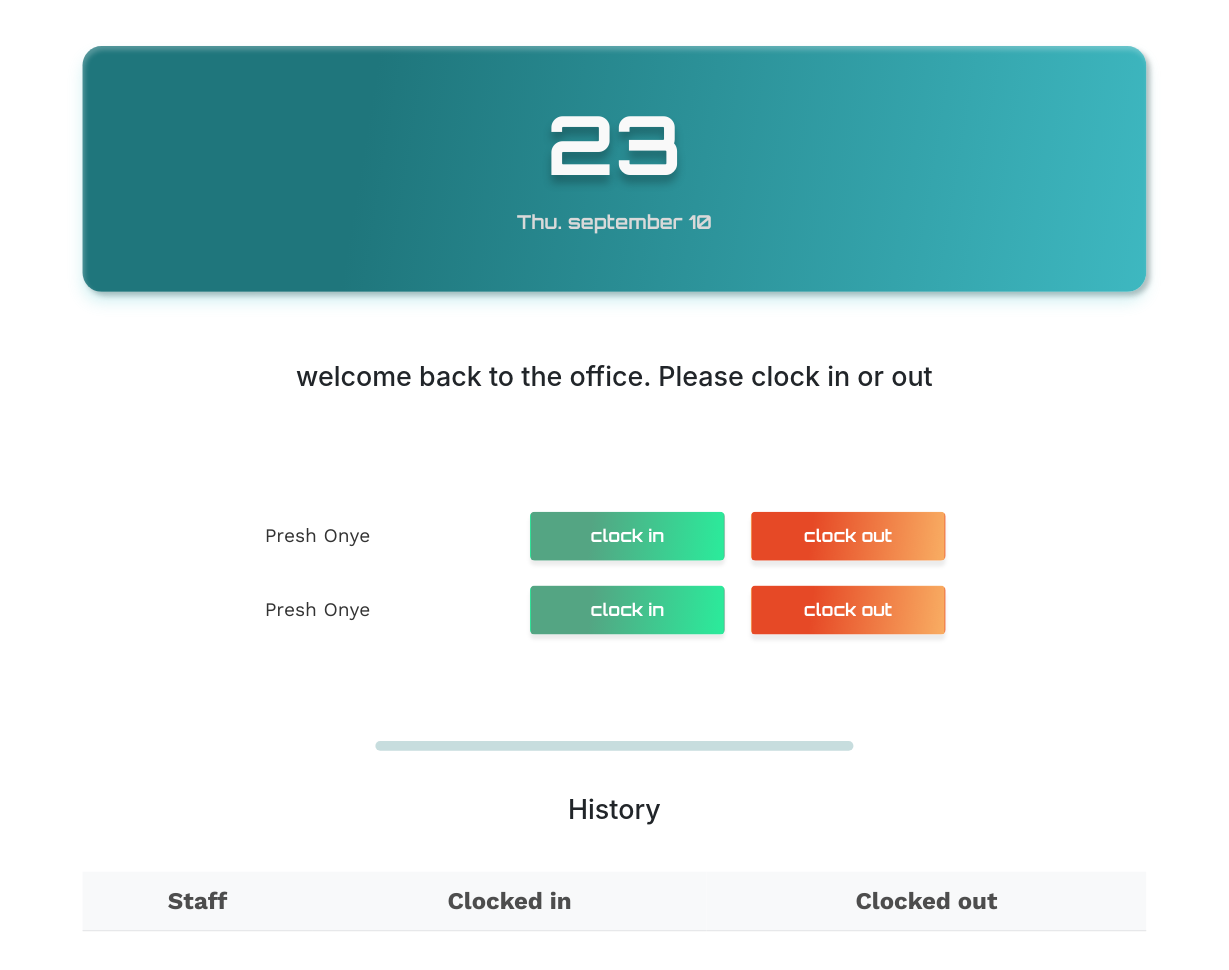
Repository: giprim/clocker
Page: /
These files come from the project's save history. The page is drawn as it stood at one moment and after the next save; the edit follows.
The browser window is 1280 px wide. The pictures show the whole page, at 96% of full size.
The project was rebuilt for these pictures with package versions that can differ from the ones it lists, and the page was loaded fresh each time.

Above is the page before, as saved 2020-09-11 13:01:02.

### src/App.tsx
import React from 'react';
import './App.css';

function App() {
  const currentTime = () => {
    let date = new Date();
    let hour = date.getHours() < 10 ? '0' + date.getHours() : date.getHours();
    return hour;
  };

  console.log(currentTime());

  return (
    <div className='container py-4'>
      {/* clock section */}
      <div className='clock-box effect p-2 py-md-5 mt-4'>
        <div className='row'>
          <div className='col-12'>
            <h4 className='display-3 text-center'>
              {currentTime().toString()}
            </h4>
          </div>
          <div className='col-12 text-center mt-2 mb-1'>
            <h6>Thu. september 10</h6>
          </div>
        </div>
      </div>

      {/* welcome  */}
      <div className='row justify-content-md-center'>
        <div className='col-8'>
          <p className='text-center my-5 py-4 h3'>
            welcome back to the office. Please clock in or out
          </p>

          <table>
            <thead>
              <tr>
                <th></th>
                <th></th>
                <th></th>
              </tr>
            </thead>
            <tbody>
              <tr>
                <td className='staff'>Presh Onye</td>
                <td className='row justify-content-evenly'>
                  <button className='btn clockin col-5'> clock in</button>
                  <button className='btn clockout col-5'> clock out</button>
                </td>
              </tr>
              <tr>
                <td className='staff'>Presh Onye</td>
                <td className='row justify-content-evenly'>
                  <button className='btn clockin col-5'> clock in</button>
                  <button className='btn clockout col-5'> clock out</button>
                </td>
              </tr>
            </tbody>
          </table>
        </div>
      </div>

      <hr />
      <h3 className='text-center mb-5'>History</h3>

      <table className='table text-center'>
        <thead className='table-light'>
          <tr>
            <th>Staff</th>
            <th>Clocked in</th>
            <th>Clocked out</th>
          </tr>
        </thead>
      </table>
    </div>
  );
}

export default App;

### src/App.css
@import url('https://fonts.googleapis.com/css2?family=Orbitron:wght@400;500;600;700;800;900&family=Work+Sans:ital,wght@0,100;0,200;0,400;0,600;0,700;1,500&display=swap');

.clock-box {
  background: linear-gradient(99.35deg, #1f767c 26.99%, #42c1ca 110.13%);
  box-shadow: 0px 10px 15px rgba(66, 193, 202, 0.23),
    4px 4px 5px rgba(0, 0, 0, 0.25), inset 2px 4px 5px rgba(255, 255, 255, 0.25);
  border-radius: 20px;
  position: relative;
  z-index: 10;
}

.clock-box h4 {
  font-family: Orbitron;
  font-style: normal;
  font-weight: bold;
  font-size: 85px;
  line-height: 107px;
  /* identical to box height */

  color: #f9f9f9;

  text-shadow: 0px 9px 9px rgba(0, 0, 0, 0.25);
}

.clock-box h6 {
  font-family: Orbitron;
  font-style: normal;
  font-weight: bold;
  font-size: 20px;
  line-height: 25px;
  /* identical to box height */

  color: #d9d9d9;
}

.clockout,
.clockin {
  font-family: Orbitron;
  font-style: normal;
  font-weight: bold;
  font-size: 18px;
  line-height: 23px;
  /* identical to box height */
  padding-top: 13px;
  padding-bottom: 13px;
  color: #ffffff;
  transition: ease-in 0.13s;
}

/* table.table {
  border: none;
} */

.clockin:hover,
.clockout:hover {
  color: white;
  transform: translateY(-5px);
}

.clockin {
  background: linear-gradient(97.12deg, #54a583 31.21%, #21fca1 115.81%);
  box-shadow: 0px 5px 4px rgba(128, 128, 128, 0.15);
  border-radius: 5px;
}

.clockout {
  background: linear-gradient(
    97.12deg,
    #e64926 31.21%,
    rgba(252, 176, 63, 0.74) 115.81%
  );
  box-shadow: 0px 6px 4px rgba(128, 128, 128, 0.15);
  border-radius: 5px;
}

table {
  width: 100%;
}

th,
td {
  padding-top: 25px;
}

hr {
  border-radius: 15px;
  margin: 4% auto;
  margin-top: 10%;
  width: 45%;
  padding: 5px;
  background: #20777c;
}

.staff {
  font-family: Work Sans;
  font-style: normal;
  font-weight: 500;
  font-size: 20px;
  line-height: 23px;

  color: #333333;
}

th {
  font-family: Work Sans;
  font-style: normal;
  font-weight: 900;
  font-size: 25px;
  line-height: 29px;
  color: #4d4d4d;
}

.table > :not(caption) > * > * {
  padding: 1rem;
}

Loaded but not shown: public/index.html (common file); src/index.tsx (common file); src/index.css (common file); src/serviceWorker.ts (common file)

After the next save:
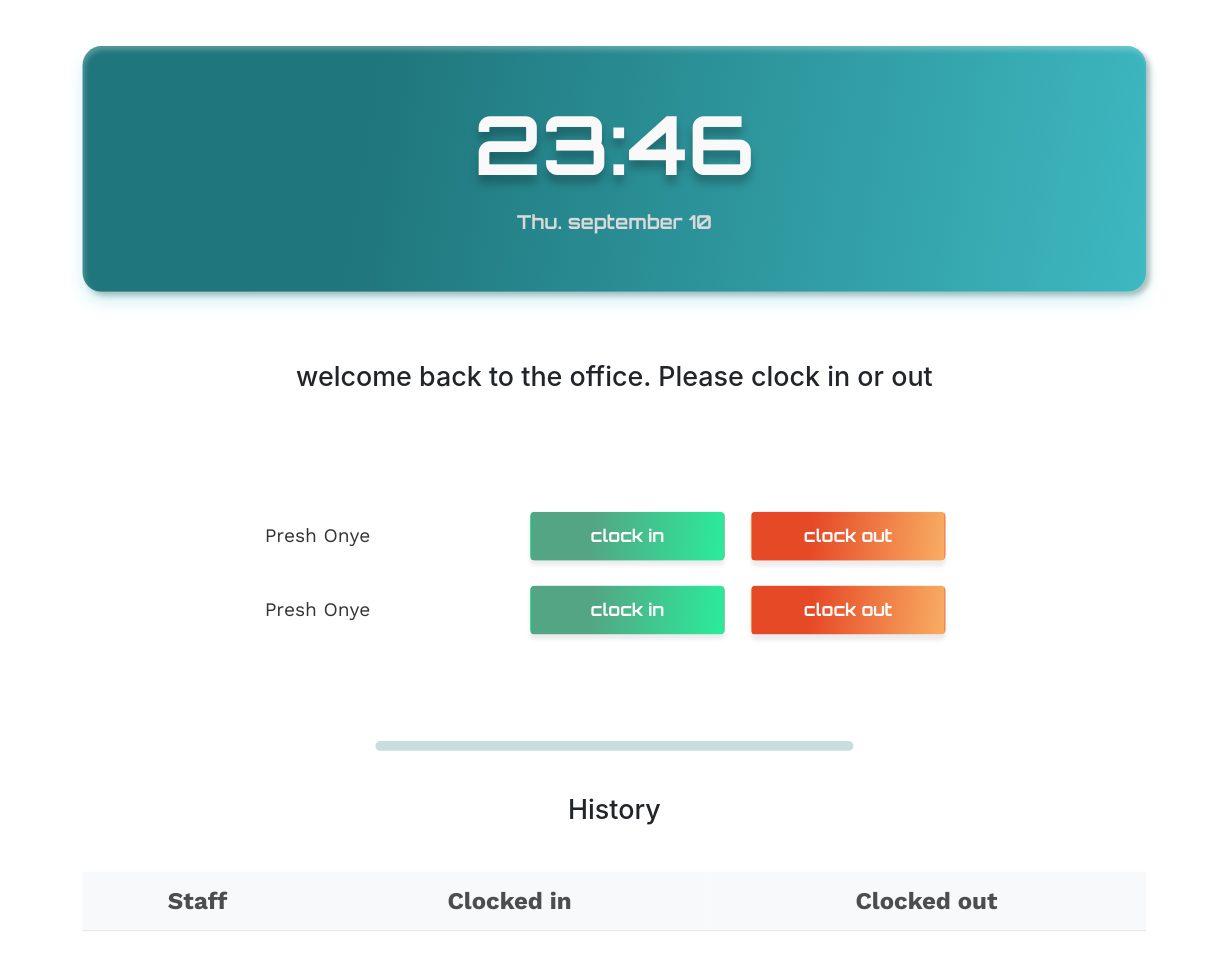
Saved 2 min 12 s later.
--- a/src/App.tsx
+++ b/src/App.tsx
@@ -5,7 +5,9 @@ function App() {
   const currentTime = () => {
     let date = new Date();
     let hour = date.getHours() < 10 ? '0' + date.getHours() : date.getHours();
-    return hour;
+    let minute =
+      date.getMinutes() < 10 ? '0' + date.getMinutes() : date.getMinutes();
+    return `${hour}:${minute}`;
   };
 
   console.log(currentTime());
